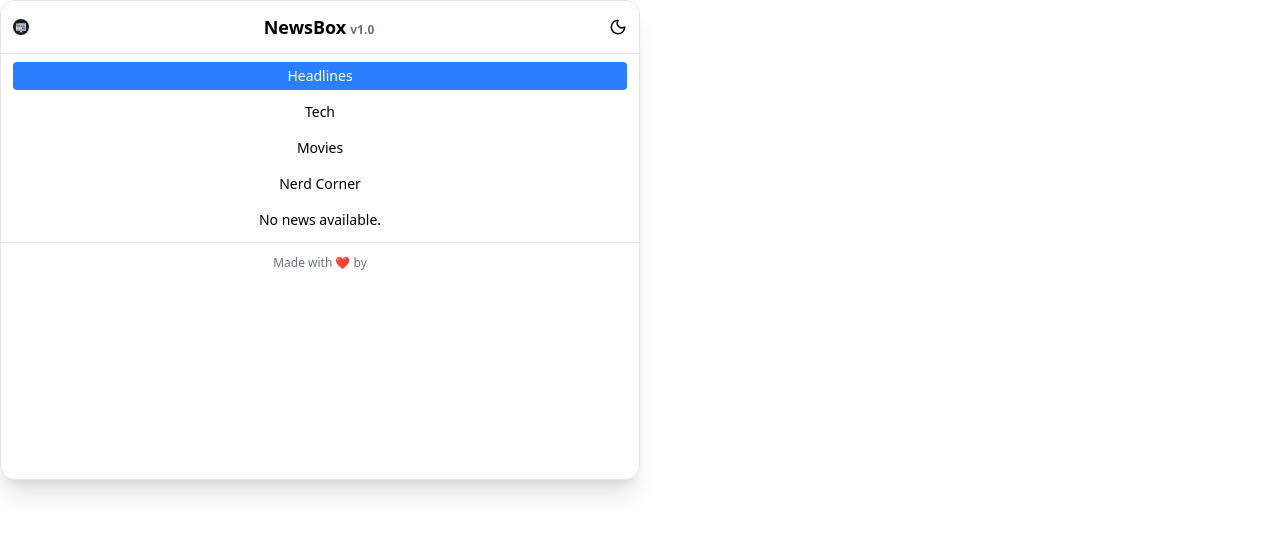
Repository: Bhuvi888/newsbox-extension
Page: /
These files come from the project's save history. The page is drawn as it stood at one moment and after a run of saves; the edit follows.
The browser window is 1280 px wide. The pictures show the whole page.
The page's requests for data from a server got no answer. The project was rebuilt for these pictures with package versions that can differ from the ones it lists, and the page was loaded fresh each time. No one was signed in, and anything a server would have sent is missing. Also part of the build but not shown: vite.config.ts. Imported but missing from the stored project, and not drawn on this page: src/components/ui/card.

Above is the page before, as saved 2025-05-29 13:27:58.

After the next 3 saves:
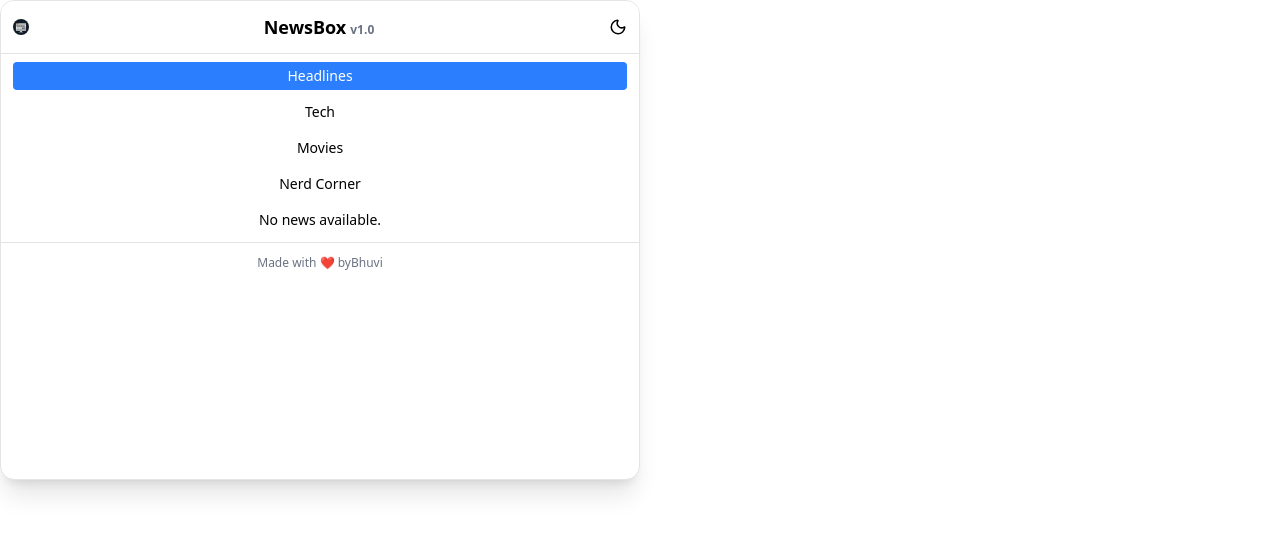
The 3 saves are shown as one change because they came seconds apart.
The last was saved 13 s later.
--- a/src/popup/App.tsx
+++ b/src/popup/App.tsx
@@ -140,7 +140,7 @@ export default function App() {
         )}
       </main>
       <footer className="text-xs text-center text-gray-500 p-3 border-t">
-        Made with ❤️ by{" "}
+        Made with ❤️ by{"Bhuvi"}
         </footer>
     </div>
   );
